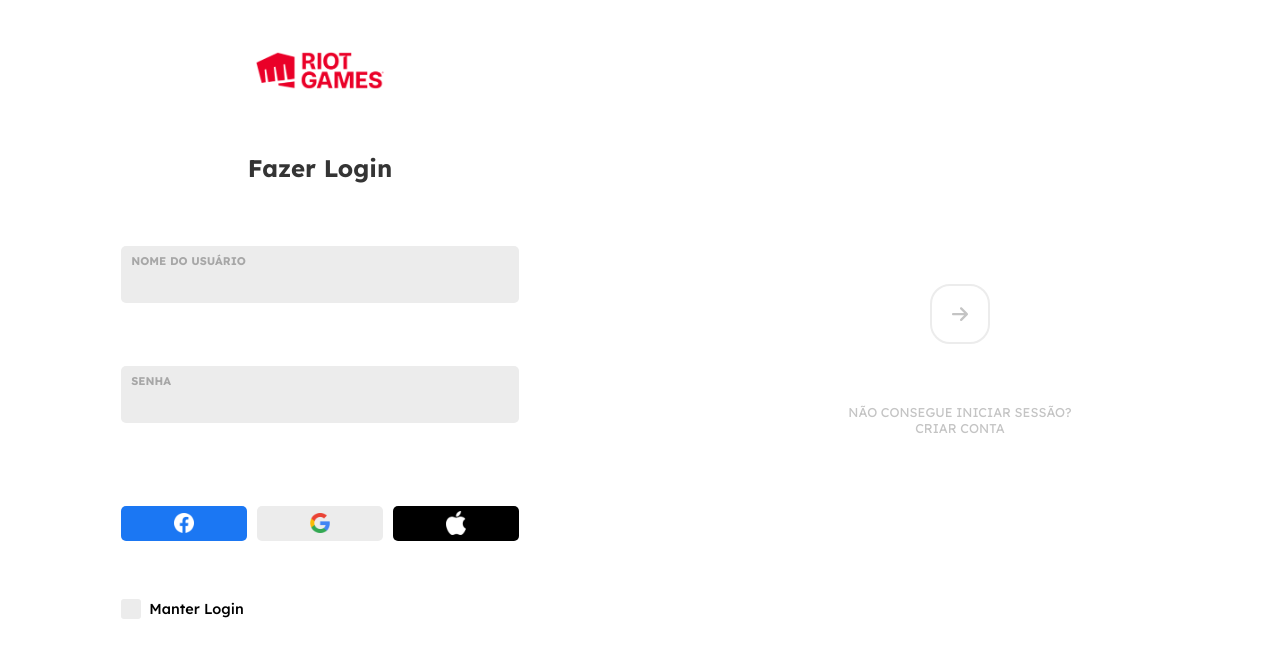
Repository: guilhermecardoso93/lolpage
Page: index.html
The author's editor kept a copy of each file at every save. The page is drawn from the files as they stood at one save, then again after the next save.
The browser window is 1280 px wide. The pictures show the whole page.

Above is the page before, as saved 2022-06-11 22:17:25.

### index.html
<!DOCTYPE html>
<html lang="pt-BR">
  <head>
    <meta charset="UTF-8" />
    <meta http-equiv="X-UA-Compatible" content="IE=edge" />
    <link rel="shortcut icon" href="favicon.ico" type="image/x-icon" />
    <meta name="viewport" content="width=device-width, initial-scale=1.0" />
    <link rel="stylesheet" href="./style.css" />
    <title>League of Legends - Login</title>
  </head>
  <body>
    <main>
      <div class="wrapper">
      <section class="login">
        <img src="./assets/logo.png" alt="Logo Riot Games" class="login_logo" />
        <h1 class="login_title">Fazer Login</h1>
        <label for="" class="login_label">
          <span class="span-active">nome do usuário</span>
          <input type="text" name="username" class="input" />
        </label>
        <label for="" class="login_label">
          <span  class="span-active">senha</span>
          <input type="password" name="password" class="input" />
        </label>
        <div class="login_icons">
          <button type="button" class="icons_button">
            <img src="./assets/facebook-icon.png" alt="facebook" />
          </button>
          <button type="button" class="icons_button">
            <img src="./assets/google-icon.png" alt="google" />
          </button>
          <button type="button" class="icons_button">
            <img src="./assets/apple-icon.png" alt="apple" />
          </button>
        </div>
        <label for="" class="login_label--checkbox">
          <input type="checkbox" class="input--checkout" />
          Manter Login
        </label>
      </div>
      <div class="wrapper">
          <button type="button" class="login__button" disabled>
            <svg xmlns="http://www.w3.org/2000/svg" viewBox="0 0 448 512">
              <path d="M438.6 278.6l-160 160C272.4 444.9 264.2 448 256 448s-16.38-3.125-22.62-9.375c-12.5-12.5-12.5-32.75 0-45.25L338.8 288H32C14.33 288 .0016 273.7 .0016 256S14.33 224 32 224h306.8l-105.4-105.4c-12.5-12.5-12.5-32.75 0-45.25s32.75-12.5 45.25 0l160 160C451.1 245.9 451.1 266.1 438.6 278.6z"/>
            </svg>
          </button>

          <a href="#" class="login__link">não consegue iniciar sessão?</a>
          <a href="#" class="login__link">criar conta</a>
      </div>
      </section>
      <section class="wallpaper"></section>
    </main>
  </body>
  <script src="./script.js"></script>
</html>

### style.css
@import url("https://fonts.googleapis.com/css2?family=Lexend+Deca:wght@300;400;500;600;700&display=swap");

* {
  margin: 0;
  padding: 0;
  box-sizing: border-box;
  font-family: "Lexend Deca", sans-serif;
}

:root {
  --white: #fff;
  --whitesmoke: #f9f9f9;
  --light-grey: #ececec;
  --grey: #c4c4c4;
  --medium-grey: #a7a7a7;
  --deep-grey: #343434;
  --black: #000000;
  --blue: #1b77f3;
  --red: #ea0028;
}

main {
  display: flex;
}

.login {
  display: flex;
  flex-direction: column;
  align-items: center;
  justify-content: space-between;
  width: 100%;
  max-width: 500px;
  min-height: 100vh;
  padding: clamp(35px, 8%, 70px);
}

.wrapper {
  width: 100%;
  display: flex;
  flex-direction: column;
  align-items: center;
  justify-content: center;
}

.login_logo {
  width: 130px;
  margin-bottom: 20px;
}

.login_title {
  color: var(--deep-grey);
  font-size: 1.5rem;
  margin-bottom: 20px;
}

.login_label {
  display: block;
  margin-bottom: 20px;
  width: 100%;
}

.input {
  width: 100%;
  background-color: var(--light-grey);
  border: 2px solid rgba(0, 0, 0, 0);
  border-radius: 5px;
  outline: none;
  font-size: 0.9em;
  padding: 25px 10px 10px;
  font-weight: 600;
  color: var(--deep-grey);
}

.login_label span {
  position: absolute;
  font-size: 0.8rem;
  font-weight: 700;
  text-transform: uppercase;
  color: var(--medium-grey);
  margin: 20px;
  cursor: text;
  transition: all 200 ease;
}

.input:focus {
  background-color: var(--whitesmoke);
  border: 2px solid var(--deep-grey);
}

.login_label .span-active {
  font-size: 0.7rem;
  margin: 8px 10px;
}

.login_icons {
  display: flex;
  gap: 10px;
  width: 100%;
  margin-top: 20px;
}

.login_icons img {
  width: 20px;
}

.icons_button {
  width: 33%;
  display: flex;
  align-items: center;
  justify-content: center;
  height: 35px;
  border-radius: 5px;
  cursor: pointer;
  border: none;
}

.login_icons .icons_button:nth-child(1) {
  background-color: var(--blue);
}

.login_icons .icons_button:nth-child(2) {
  background-color: var(--light-grey);
}

.login_icons .icons_button:nth-child(3) {
  background-color: var(--black);
}

.login_icons .icons_button:hover {
  opacity: 0.7;
}

.login_label--checkbox {
  width: 100%;
  margin: 15px 0px 50px;
  font-size: 0.9rem;
  font-weight: 500;
  display: flex;
  align-items: center;
}

.input--checkout {
  appearance: none;
  width: 20px;
  height: 20px;
  background-color: var(--light-grey);
  border-radius: 3px;
  margin-right: 8px;
}

.input--checkout:checked {
  background-color: var(--red);
}

.input--checkout:checked:after {
  content: "";
  display: block;
  width: 5px;
  height: 10px;
  border: 3px solid var(--whitesmoke);
  border-width: 0 3px 3px 0;
  transform: rotate(45deg);
  margin: 2px 6px;
}

.login__button {
  width: 60px;
  height: 60px;
  padding: 20px;
  display: flex;
  align-items: center;
  justify-content: center;
  background-color: var(--red);
  border-radius: 20px;
  border: none;
  cursor: pointer;
  margin-bottom: 60px;
}

.login__button svg {
  fill: white;
}

.login__button:disabled {
  cursor: auto;
  background-color: white;
  border: 2px solid var(--light-grey);
}

.login__button:disabled svg {
  fill: var(--grey);
}

.login__link {
  font-size: 0.8rem;
  text-decoration: none;
  color: var(--grey);
  text-transform: uppercase;
}

.wallpaper {
  width: 100%;
  background-image: url("./assets/wallpaper.jpg");
  background-size: cover;
  background-position: center;
  flex: 1;
}

### script.js
const inputActive = document.querySelectorAll(".input");
const button = document.querySelector(".login__button");

const handleFocus = ({ target }) => {
  const span = target.previousElementSibling;
  span.classList.add("span-active");
};

const handleFocusout = ({ target }) => {
  if (target.value == "") {
    const span = target.previousElementSibling;
    span.classList.remove("span-active");
  }
};

const handleChange = () => {
  const [username, password] = inputActive;

  if (username.value && password.value.length >= 8) {
    button.removeAttribute("disabled");
  } else {
    button.setAttribute("disabled", "");
  }
};

inputActive.forEach((input) => input.addEventListener("focus", handleFocus));
inputActive.forEach((input) =>
  input.addEventListener("focusout", handleFocusout)
);
inputActive.forEach((input) => input.addEventListener("input", handleChange));

After the next save:
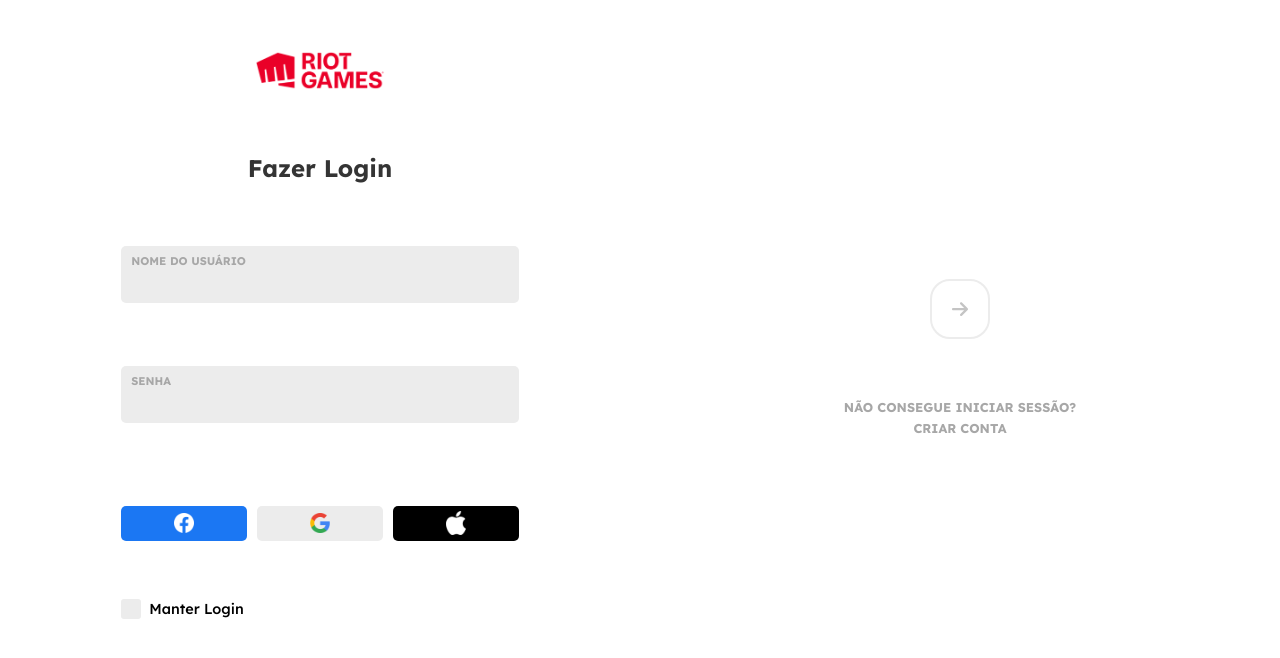
Not found: images/wallpaper.jpg
Saved 21 s later.
--- a/style.css
+++ b/style.css
@@ -188,19 +188,21 @@
 }
 
 .login__button:disabled svg {
-  fill: var(--grey);
+  fill: var(--grey)
 }
 
 .login__link {
-  font-size: 0.8rem;
+  font-size: 0.8em;
   text-decoration: none;
-  color: var(--grey);
+  color: var(--medium-grey);
   text-transform: uppercase;
+  margin-bottom: 5px;
+  font-weight: 700;
 }
 
 .wallpaper {
   width: 100%;
-  background-image: url("./assets/wallpaper.jpg");
+  background-image: url('./images/wallpaper.jpg');
   background-size: cover;
   background-position: center;
   flex: 1;
